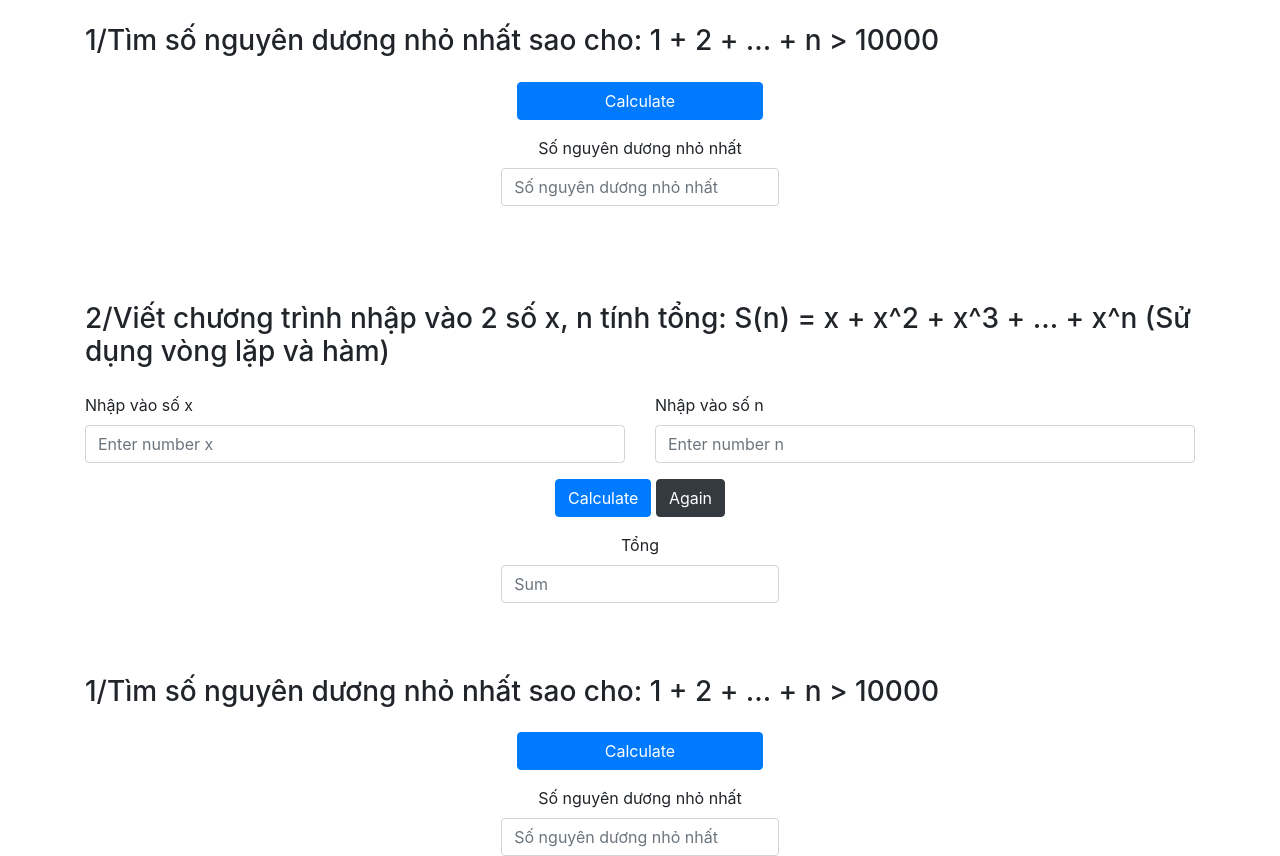
Repository: baobaodeveloper/bootcamp21__loop__HuynhAnhBao
Page: index.html
These files come from the project's save history. The page is drawn as it stood at one moment and after the next save; the edit follows.
The browser window is 1280 px wide. The pictures show the whole page.

Above is the page before, as saved 2022-03-16 23:28:56.

After the next save:
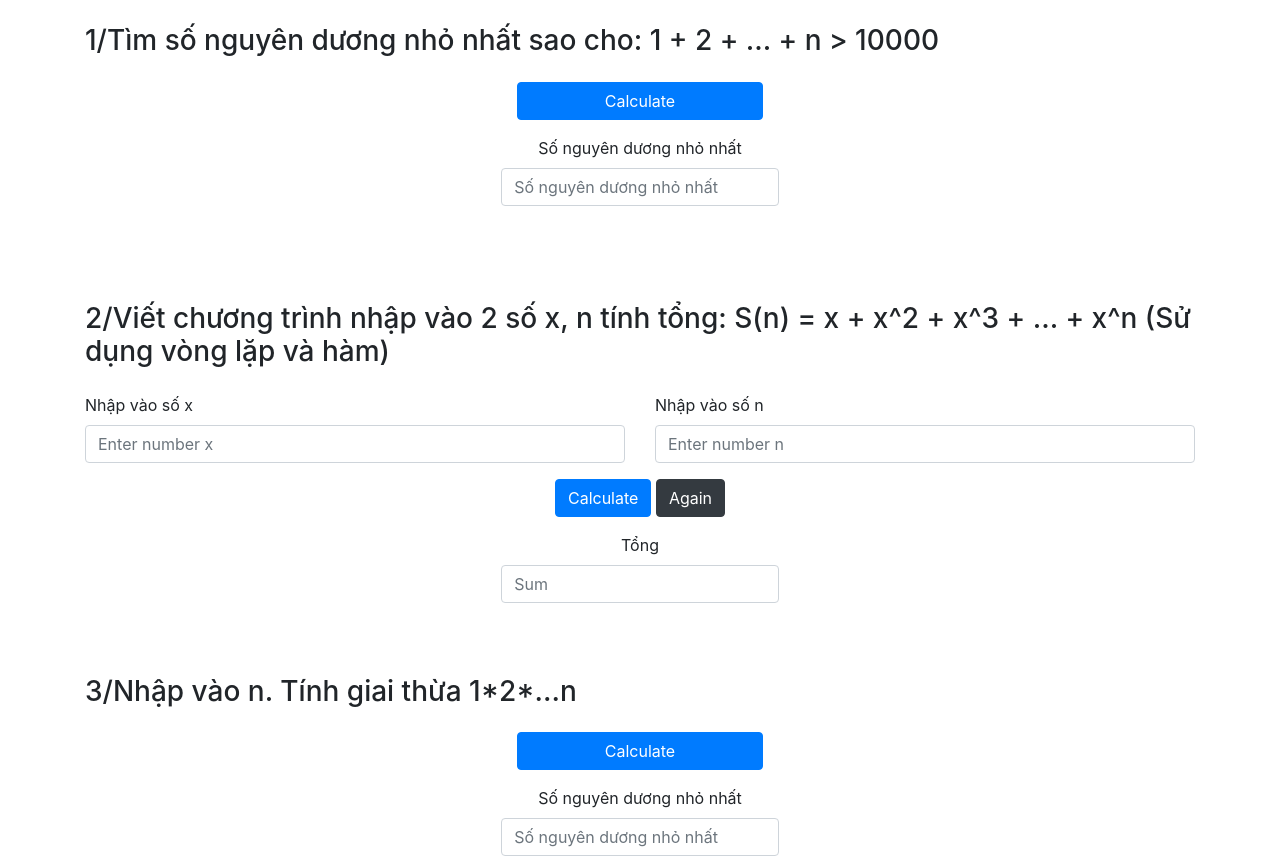
Saved 21 s later.
--- a/index.html
+++ b/index.html
@@ -86,7 +86,7 @@
 
     <!--3/Nhập vào n. Tính giai thừa 1*2*...n-->
     <div class="container mt-4 pt-5">
-      <h3>1/Tìm số nguyên dương nhỏ nhất sao cho: 1 + 2 + … + n > 10000</h3>
+      <h3>3/Nhập vào n. Tính giai thừa 1*2*...n</h3>
       <div class="mb-3 flex-md-column d-flex w-25 m-auto text-center">
         <button type="button" id="min-number" class="btn btn-primary m-3">
           Calculate
